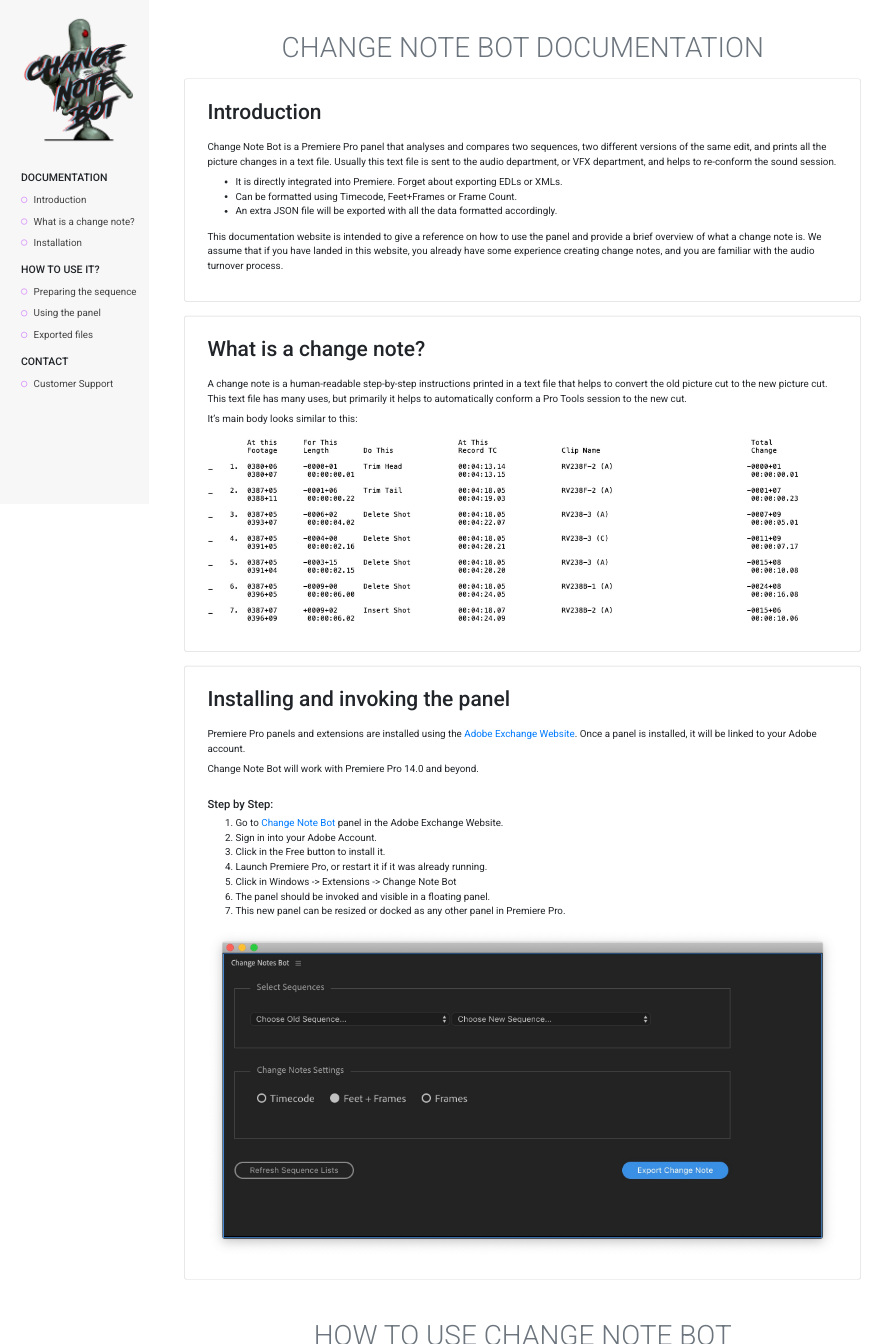
Repository: PremiereBot/AE_Bot_Documentation
Page: index.html
These files come from the project's save history. The page is drawn as it stood at one moment and after the next save; the edit follows.
The browser window is 1280 px wide. The pictures show the part of the page from y = 0 to 1920 px (the page is 5638 px tall), at 70% of full size.

Above is the page before, as saved 2021-06-04 13:23:25.

After the next save:
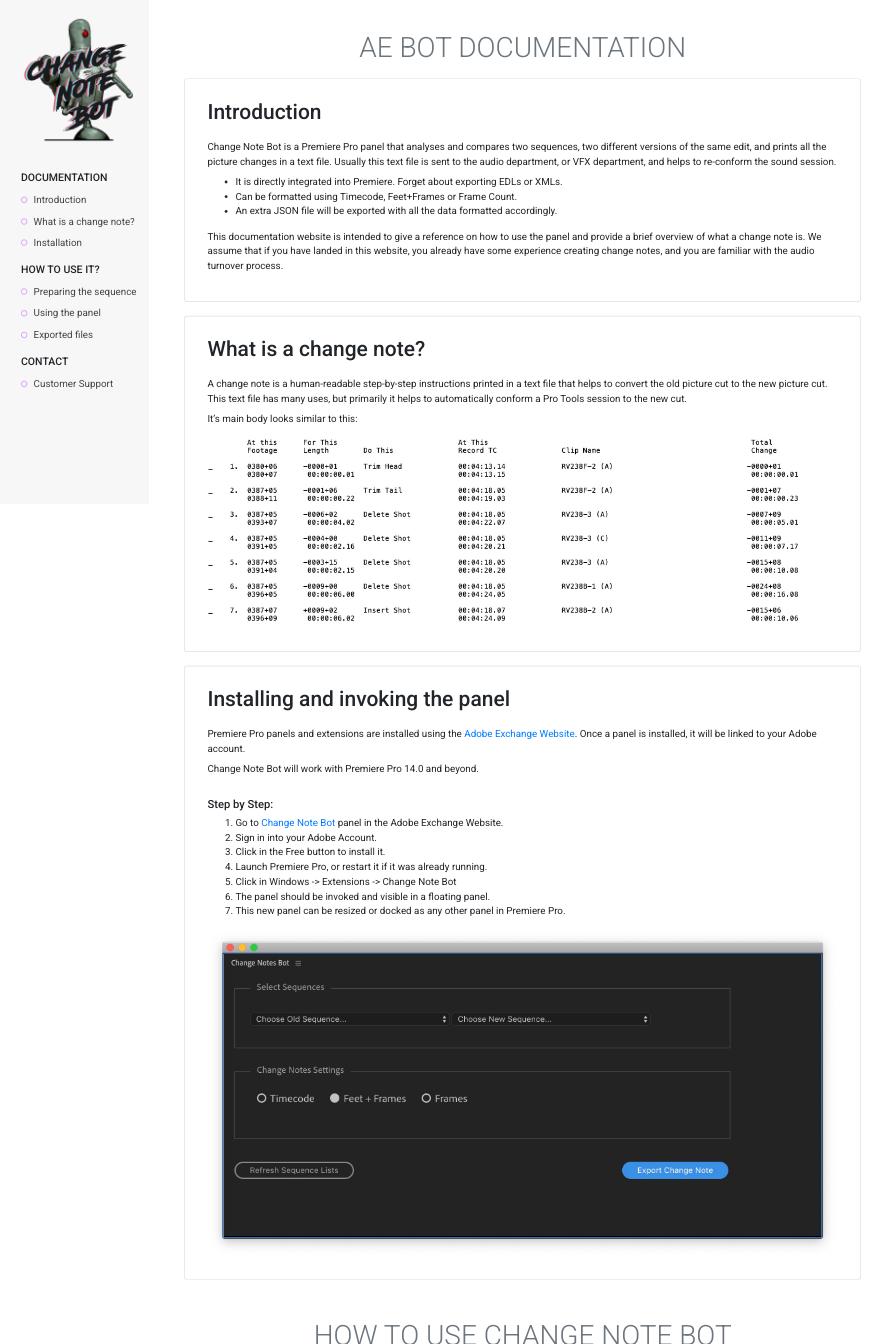
Saved 17 s later.
--- a/index.html
+++ b/index.html
@@ -43,7 +43,7 @@
 
       <div class="col-md-9 col-xl-10 main-panel bg-white">
         <div class="main-panel-wrapper">
-          <h2 class="mt-2 text-center font-weight-light text-muted text-uppercase mb-4">Change Note Bot Documentation</h2>
+          <h2 class="mt-2 text-center font-weight-light text-muted text-uppercase mb-4">AE Bot Documentation</h2>
           <div class="card grid-margin">
             <div class="card-body">
               <h3 id="introduction" class="mb-4">Introduction</h3>
